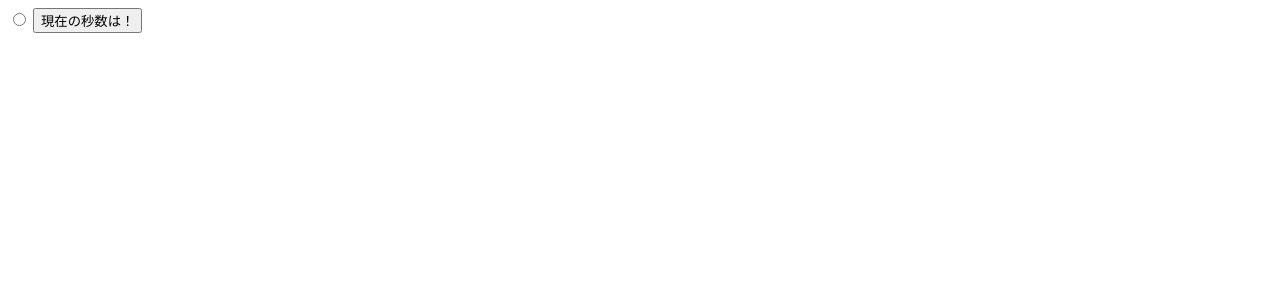
Repository: maigo999/time-abdominal-muscle
Page: index.html
An editor plug-in stored every save of this project. The page is shown before and after the next save, followed by the edit.
The browser window is 1280 px wide. The pictures show the whole page.

Above is the page before, as saved 2018-08-11 09:23:56.

After the next save:
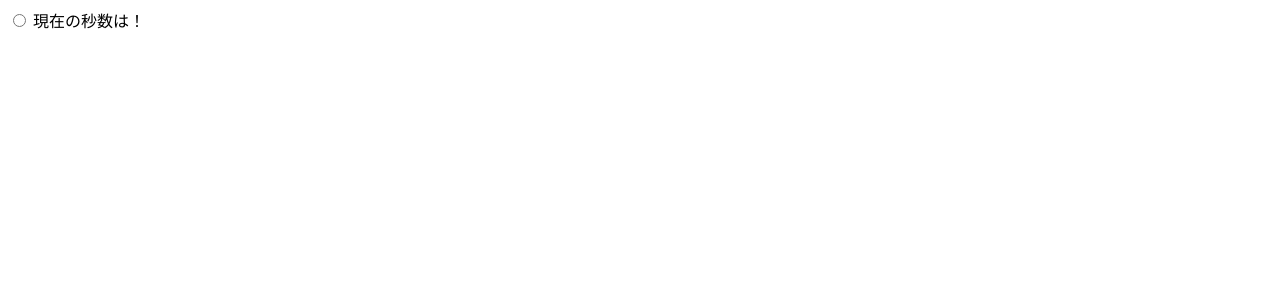
Console error: TypeError: Cannot set properties of null (setting 'onclick')
Saved 100 s later.
--- a/index.html
+++ b/index.html
@@ -7,7 +7,8 @@
     <title>Document</title>
 </head>
 <body>
-    <input type="radio" name="example" value="サンプル">
+    <input id="form01" type="radio">
+    <label for="form01″>ラジオ01</label>
     <button id="button">現在の秒数は！</button>
 
     <p id="result"></p>

After the save that followed:
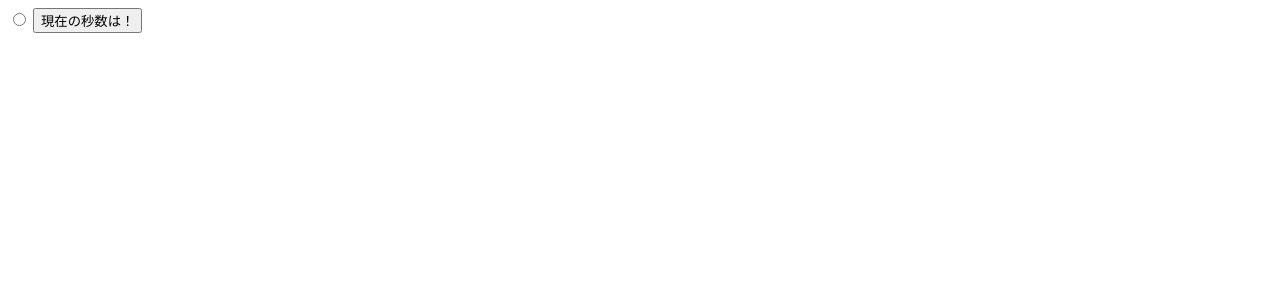
The error is gone.
Saved 15 s later.
--- a/index.html
+++ b/index.html
@@ -8,7 +8,6 @@
 </head>
 <body>
     <input id="form01" type="radio">
-    <label for="form01″>ラジオ01</label>
     <button id="button">現在の秒数は！</button>
 
     <p id="result"></p>
